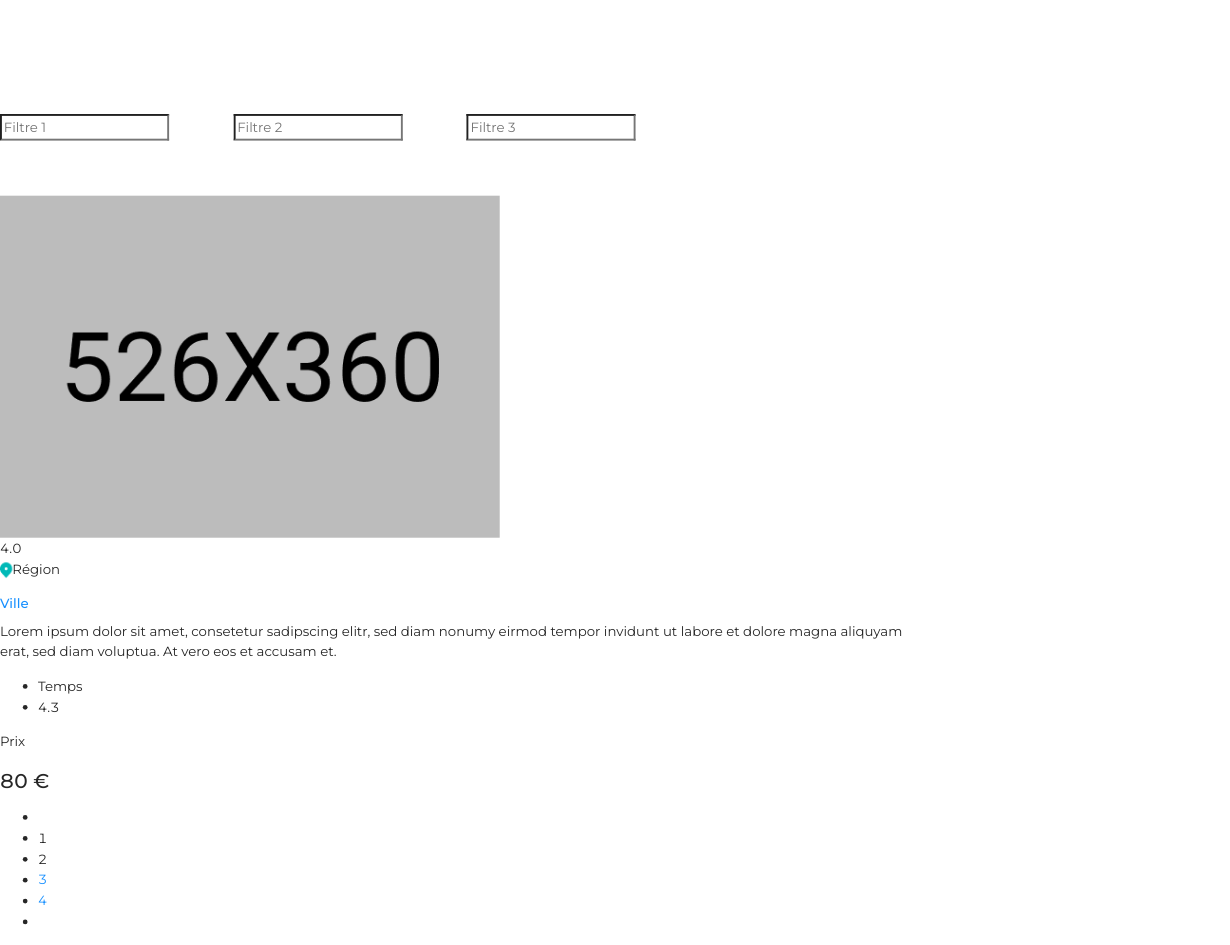
Repository: Emerson1220/projet-neofeel-lacapsule
Page: /roadPlanner (app in reactapp/)
An editor plug-in stored every save of this project. The page is shown before and after the next save, followed by the edit.
The browser window is 1280 px wide. The page is 1295 px wide, so the pictures cover 1295 px, including what lies to the right of the window. The pictures show the whole page, at 95% of full size.
The project was rebuilt for these pictures with package versions that can differ from the ones it lists, and the page was loaded fresh each time. A package was used in the major version that the imports need, not the one package.json lists. Also part of the build but not shown: reactapp/src/Nav.js, reactapp/src/ScreenHome.js.

Above is the page before, as saved 2021-05-18 09:46:59.

After the next save:
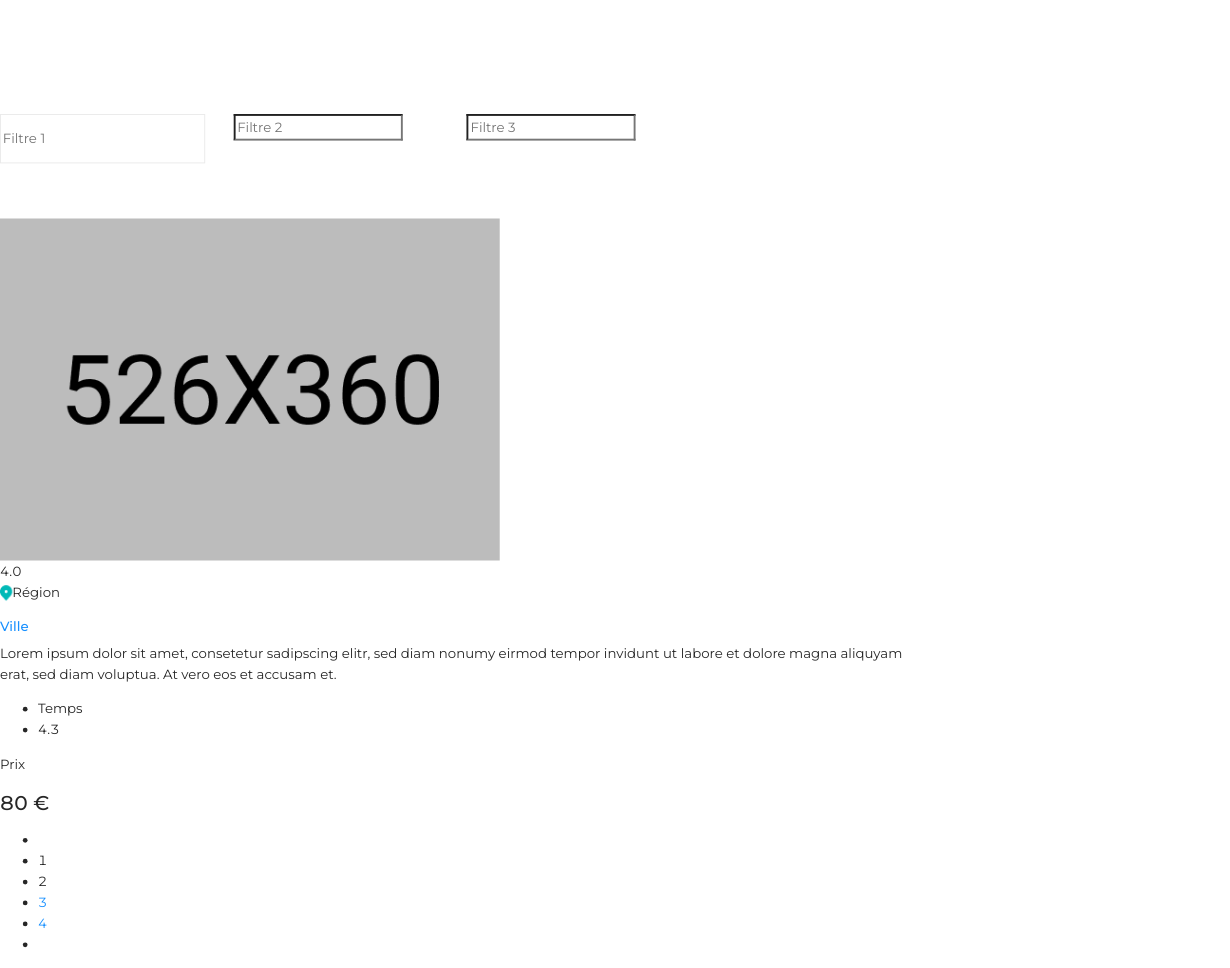
Saved 2 min 24 s later.
--- a/reactapp/src/screens/ScreenRoadPlanner.js
+++ b/reactapp/src/screens/ScreenRoadPlanner.js
@@ -19,7 +19,7 @@ function ScreenRoadPlanner() {
                                     <div style={ styles.col_xl_3 }>
                                         <label style={ styles.single_input_wrap }>
                                             <i style={ styles.icons_la }/>
-                                            <input type="text" placeholder="Filtre 1" />
+                                            <input style={ styles.single_input_wrap_input } type="text" placeholder="Filtre 1" />
                                         </label>
                                     </div>
 
@@ -135,6 +135,15 @@ let styles = {
         display: 'inline-block',
     },
 
+    single_input_wrap_input:{
+        background: '#ffffff',
+        border: '1px solid #EAEAEA',
+        height: '52px',
+        width: '100%',
+    },
+
+
+
     icons_la:{
         display: 'inline-block',
         position: 'absolute',
